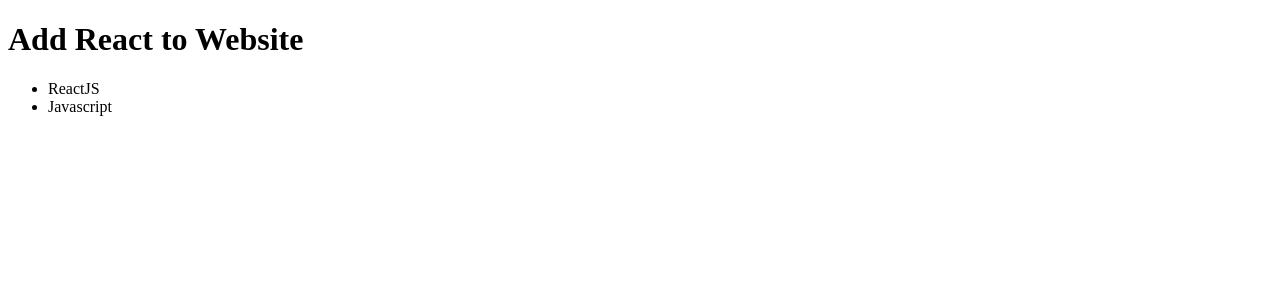
Repository: thuan711/Knowledge-Reacjs
Page: index.html
The author's editor kept a copy of each file at every save. The page is drawn from the files as they stood at one save, then again after the next save.
The browser window is 1280 px wide. The pictures show the whole page.

Above is the page before, as saved 2023-06-09 09:40:09.

### index.html
<!DOCTYPE html>
<html lang="en">
<head>
    <meta charset="UTF-8">
    <meta http-equiv="X-UA-Compatible" content="IE=edge">
    <meta name="viewport" content="width=device-width, initial-scale=1.0">
    <title>ReactJS</title>
    <script src="https://unpkg.com/react@18/umd/react.development.js" crossorigin></script>
</head>
<body>
    <h1>Add React to Website</h1>
    <!--
        1. Github, NPMJS, UNPKG
        - Github là nơi lưu trữ mã nguồnhttps://github.com/facebook/react
        - NPMJS là nơi lưu trữ sản phẩm được built từ mã nguồn https://www.npmjs.com/
        - UNPKG dùng để lấy các thư viện bên NPMJS https://unpkg.com/react@18.2.0/index.js
        2. Add React to website
        3. Official doc
    -->
    <!--
        1. React.createElement() -> React element
        2. So sánh với document.createElement() -> DOM element
        3. Thay đổi: id, className, style, ...
        4. Thêm: text, HTML
        5. Tạo: <h1 title="Hello" class="heading">Hello World</h1>
        6. Tạo:
        <ul>
            <li>ReactJS</li>
            <li>JavaScript</li>
        </ul>
    -->
    <script>
        // 5
        //DOM
        const h1DOM = document.createElement('h1');
        h1DOM.title = 'Hello'
        h1DOM.className = 'heading'
        h1DOM.innerText = 'Hello World!'
        //document.body.appendChild(h1DOM);
        //React -> React-DOM
        //React.createElement(type,props,children,n);
        const h1React = React.createElement('h1',{
            title: 'Hello',
            className: 'headings',
        },'Hello World!')

        //console.dir(h1DOM);
        console.log(h1React);
        //6
        const ulDOM = document.createElement('ul');
        const liDOM1 = document.createElement('li');
        liDOM1.innerHTML='ReactJS'
        const liDOM2 = document.createElement('li');
        liDOM2.innerHTML='Javascript'
        ulDOM.appendChild(liDOM1);
        ulDOM.appendChild(liDOM2);
        document.body.appendChild(ulDOM);
        //React
        const ulReact = React.createElement(
            'ul',
            null,
            React.createElement('li',null,'ReactJS'),
            React.createElement('li',null,'JavaScript')
        )
        console.log(ulReact);

    </script>
</body>
</html>

After the next save:
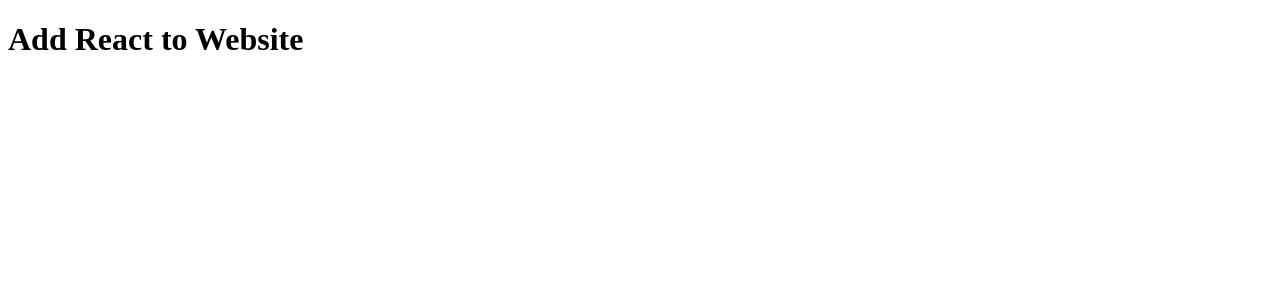
Saved 2 min 29 s later.
--- a/index.html
+++ b/index.html
@@ -54,7 +54,7 @@
         liDOM2.innerHTML='Javascript'
         ulDOM.appendChild(liDOM1);
         ulDOM.appendChild(liDOM2);
-        document.body.appendChild(ulDOM);
+        //document.body.appendChild(ulDOM);
         //React
         const ulReact = React.createElement(
             'ul',
